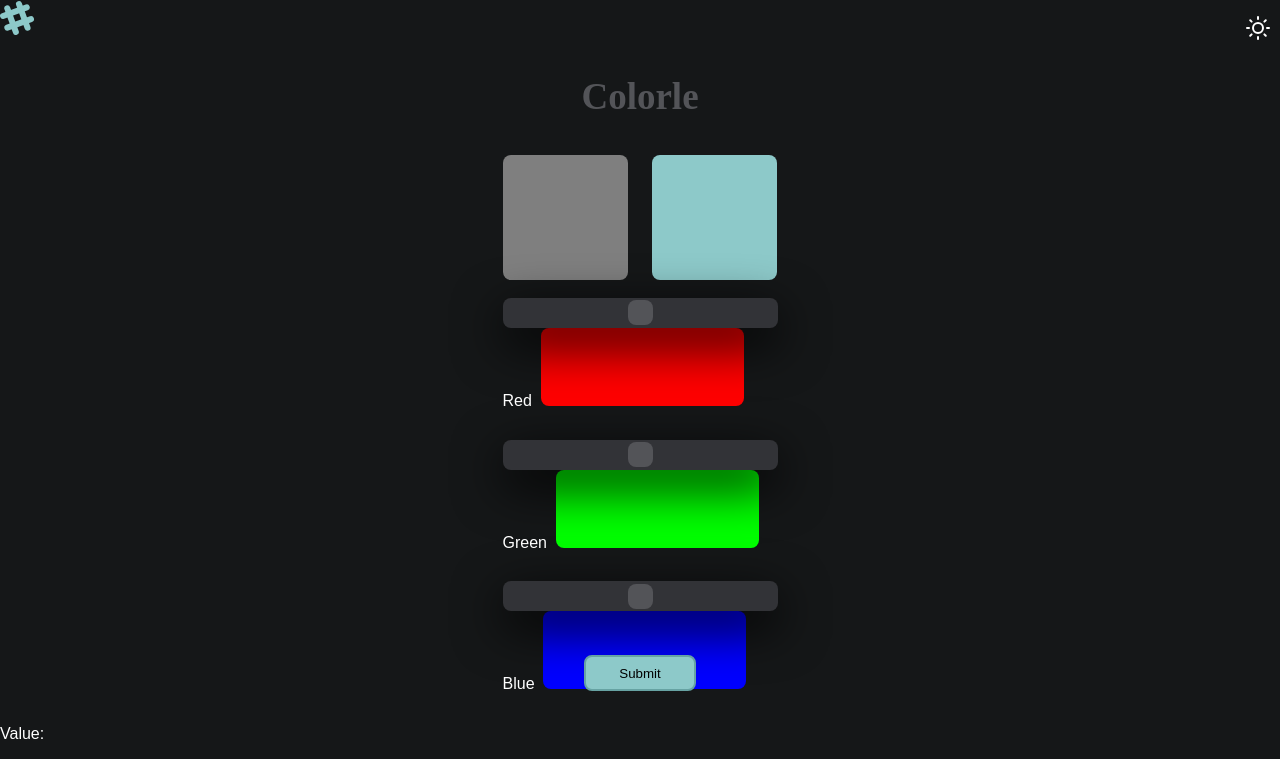
Repository: Artem-Melnik/Colorle
Page: index.html
An editor plug-in stored every save of this project. The page is shown before and after the next save, followed by the edit.
The browser window is 1280 px wide. The pictures show the whole page.

Above is the page before, as saved 2022-05-14 21:24:10.

After the next save:
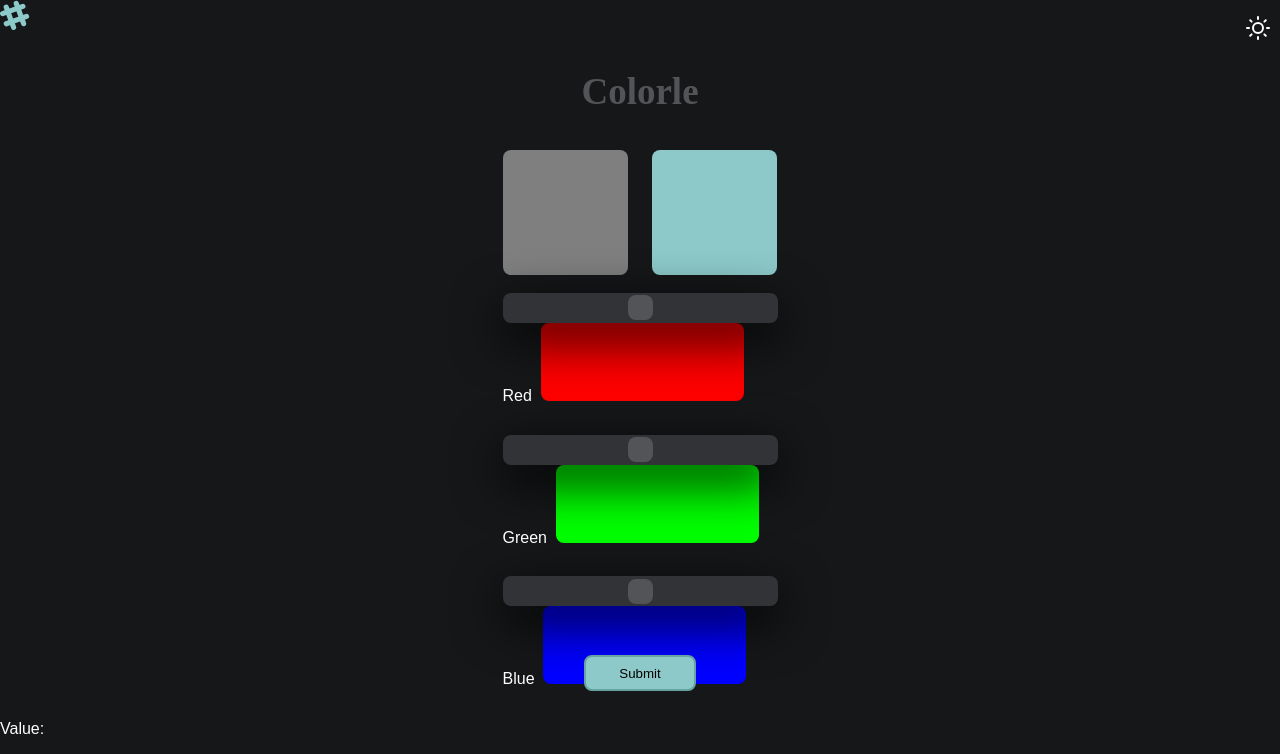
Saved 12 s later.
--- a/styles.css
+++ b/styles.css
@@ -20,8 +20,8 @@ body {
 } */
 
 #logo {
-  width: 35px;
-  height: 35px;
+  width: 30px;
+  height: 30px;
 }
 
 #themeToggle {
